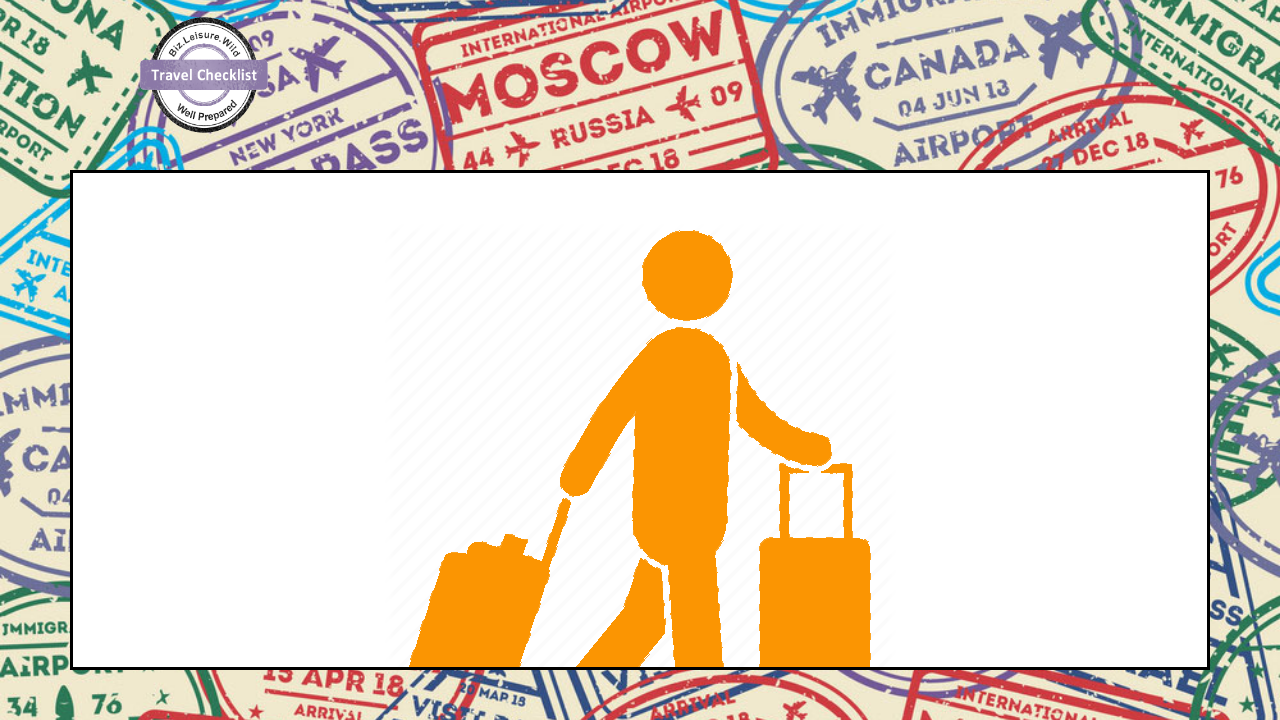
Repository: Code-Institute-Submissions/travelChecklist
Page: donepage.html
The author's editor kept a record of every edit. The page is drawn from the files as they stood at one moment, then again after the next edit.
The browser window is 1280 px wide. The pictures show the whole page.
An inner scrolling area shows only its first screen.

Above is the page before.

### donepage.html
<!DOCTYPE html>
<html lang="en">

<head>
    <meta charset="UTF-8">
    <meta name="viewport" content="width=device-width, initial-scale=1.0">
    <meta http-equiv="X-UA-Compatible" content="ie=edge">

    <link rel="stylesheet" href="https://stackpath.bootstrapcdn.com/bootstrap/4.3.1/css/bootstrap.min.css" type="text/css">
    <link rel="stylesheet" href="https://stackpath.bootstrapcdn.com/font-awesome/4.7.0/css/font-awesome.min.css" type="text/css">
    <link rel="stylesheet" href="https://cdnjs.cloudflare.com/ajax/libs/hover.css/2.3.1/css/hover-min.css" type="text/css">
    <link rel="stylesheet" href="asset/css/style.css" type="text/css">



    <title>Travel Checklist</title>
</head>

<body>
    <div class="bg-color">
    <header>

            <div class="row">
        <a href="index.html" class="col"><img src="asset/images/logo.png" alt="logo" class="logo"/></a></div>

            <div class="container">
                <center>
        <div class="row">
        <a href="index.html" class="col"><img src="asset/images/ready2go.png" alt="ready2go" class="ready2go"/></a></div>
        <h2>Thank you for using</h2>
        <h3>You are ready to GO, Enjoy !!</h3>

    </div>
    </header>
    </div>


</body>

</html>

### asset/css/style.css
@import url('https://fonts.googleapis.com/css?family=Roboto:100,200,300,400,500,600,700|Exo:100,200,300,400,500,600,700');

body,
html {
  height: 100%;
}

.logo {
  height: 150px;
  margin-left: 10%;
}

.bg-color {
  background-image: url("../images/background.jpg");
  height: 100%;
  max-width: 100%;
  overflow: hidden;
  background-position: center;
  background-repeat: no-repeat;
  background-size: cover;
}



/*--------------------------------------------------------------Middle Container**/

.container {
  width: 100%;
  border: 3px solid black;
  background-color: white;
  padding: 50px;
  margin: 20px;
  margin-left: auto;
  margin-right: auto;
  display: block;
  overflow: scroll;
  overflow-y: scroll;
  min-height: auto;
  max-height: 500px;
  overflow-x: none;
}

/*--------------------------------------------------------------Question Button**/

.btn {
  height: 350px;
  border-color: #aaa;
}

/*--------------------------------------------------------------Question Title**/

h2 {
  text-align: center;
  font-family: Exo, sans-serif;
}

/*--------------------------------------------------------------Checklist**/

.container-checklist {
  display: block;
  position: relative;
  padding-left: 35px;
  margin-bottom: 12px;
  cursor: pointer;
  font-size: 18px;
  -webkit-user-select: none;
  -moz-user-select: none;
  -ms-user-select: none;
  user-select: none;
}

.container-checklist input {
  position: absolute;
  opacity: 0;
  cursor: pointer;
  height: 0;
  width: 0;
}

.checkmark {
  position: absolute;
  top: 0;
  left: 0;
  height: 25px;
  width: 25px;
  background-color: #eee;
}

.container-checklist:hover input ~ .checkmark {
  background-color: #ccc;
}

.container-checklist input:checked ~ .checkmark {
  background-color: #2196F3;
}

.checkmark:after {
  content: "";
  position: absolute;
  display: none;
}

.container-checklist input:checked ~ .checkmark:after {
  display: block;
}

.container-checklist .checkmark:after {
  left: 9px;
  top: 5px;
  width: 5px;
  height: 10px;
  border: solid white;
  border-width: 0 3px 3px 0;
  -webkit-transform: rotate(45deg);
  -ms-transform: rotate(45deg);
  transform: rotate(45deg);
}

/*--------------------------------------------------------------footer**/

.footerbtn {
  float: right;
  margin-right: 3px;
  padding: 15px;
  border-radius: 9px;
  background-color: #8b78a7;
  color: black;
  opacity: 0.8;
  transition: 0.3s;
  text-decoration: none;
  cursor: pointer;
}

.footerbtn:hover {opacity: 1}

/*-------------------------------------------------------------done btn**/

.donebtn {
  float: right;
  margin-right: 15%;
  padding: 15px 20px;
  border-radius: 9px;
  background-color: #8b78a7;
  color: black;
  opacity: 0.8;
  transition: 0.3s;
  text-decoration: none;
  cursor: pointer;
}

.donebtn:hover {
  opacity: 1;;
}

a {
  text-decoration: none;
}

a:hover {
  text-decoration: none;
}

/*---------------------------------------------------------------media**/
@media only screen and (max-width: 600px) {
  .container {height: 70%;}
  .logo {height: 100px;}
}

div#map {
  min-height: 200px;
  width: 50%;
}

.map-location {
  float: left;
}

After the next edit:
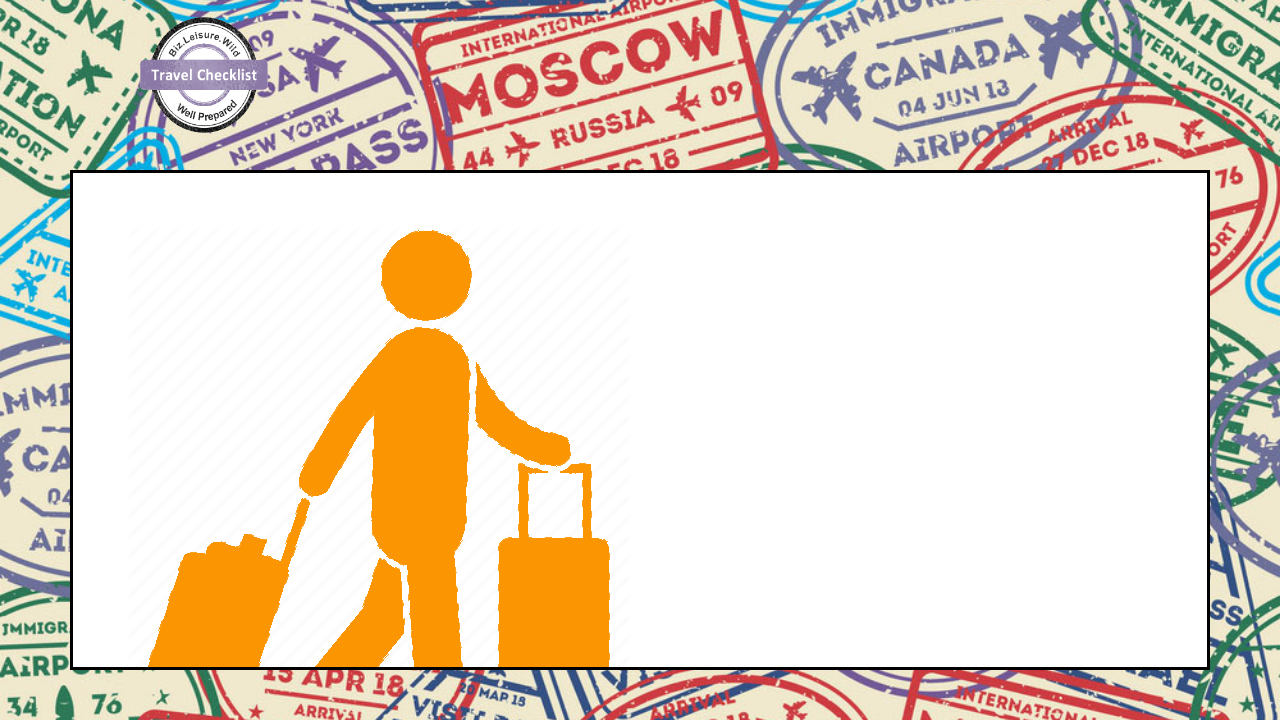
The edit:
--- a/donepage.html
+++ b/donepage.html
@@ -24,9 +24,9 @@
         <a href="index.html" class="col"><img src="asset/images/logo.png" alt="logo" class="logo"/></a></div>
 
             <div class="container">
-                <center>
-        <div class="row">
-        <a href="index.html" class="col"><img src="asset/images/ready2go.png" alt="ready2go" class="ready2go"/></a></div>
+        <div class="row col">
+        <img src="asset/images/ready2go.png" alt="ready2go" class="ready2go"/>
+        </div>
         <h2>Thank you for using</h2>
         <h3>You are ready to GO, Enjoy !!</h3>
 
